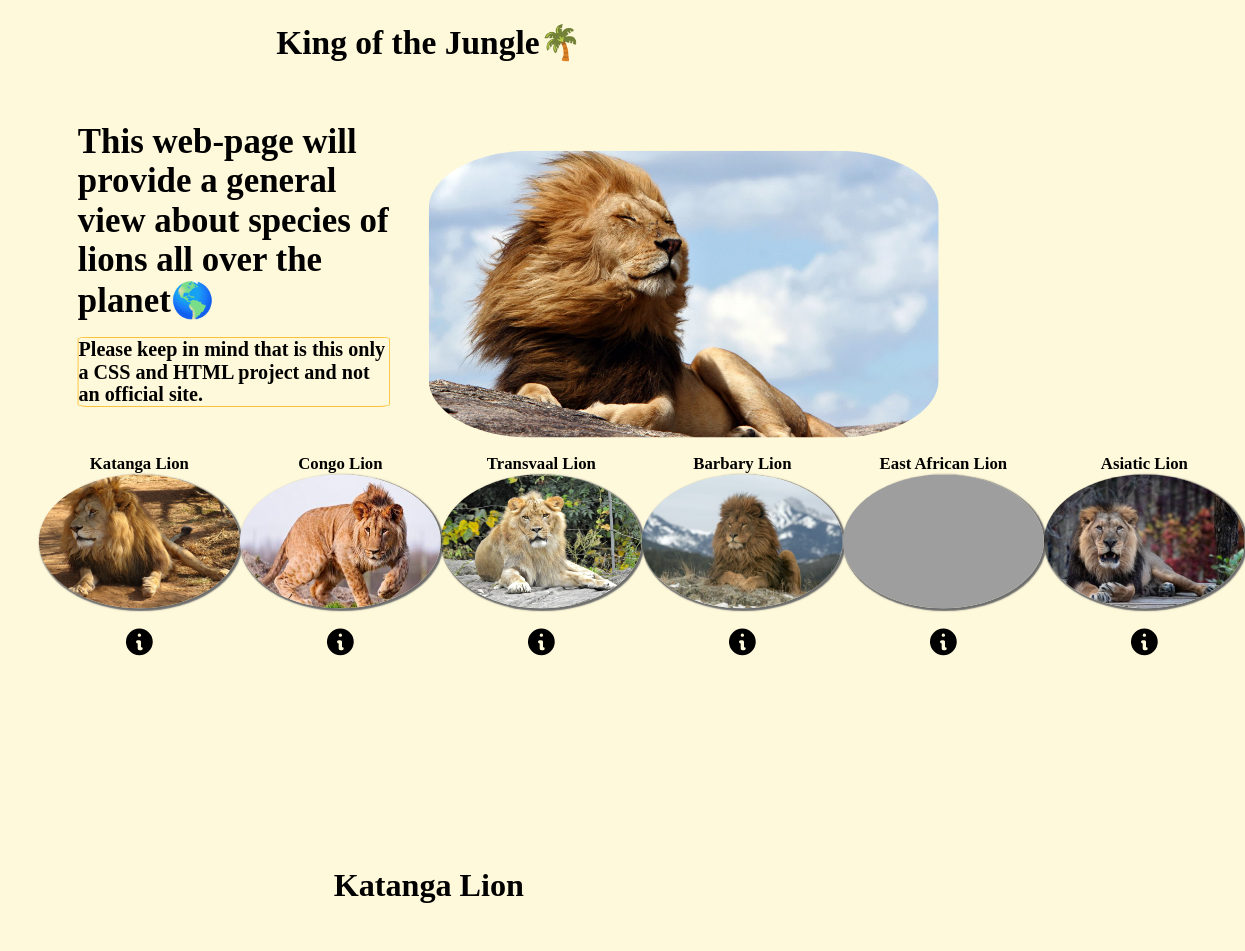
Repository: GeorgeManias/lions_project
Page: index.html
These files come from the project's save history. The page is drawn as it stood at one moment and after the next save; the edit follows.
The browser window is 1280 px wide. The page is 1858 px wide, so the pictures cover 1858 px, including what lies to the right of the window. The pictures show the whole page, at 67% of full size.
Pictures or frames that could not be fetched are drawn as grey boxes. Some web fonts or font styles are not loaded; a fallback is used.

Above is the page before, as saved 2021-11-05 19:46:32.

### index.html
<!DOCTYPE html>
<html lang="en">
  <head>
    <link rel="stylesheet" href="index.css" />
    <link
      href="https://fonts.googleapis.com/css2?family=Roboto:ital@1&display=swap"
      rel="stylesheet"
    />
    <link rel="preconnect" href="https://fonts.googleapis.com" />
    <link rel="preconnect" href="https://fonts.gstatic.com" crossorigin />
    <link
      href="https://fonts.googleapis.com/css2?family=Fruktur&family=Roboto:ital,wght@1,100;1,300&display=swap"
      rel="stylesheet"
    />
    <title>King of the Jungle</title>
  </head>
  <div class="container">
    <!--This will be the container fro the main_page-->
    <!--Start of Hero Area ---------------------------------------------------------------------------------------------------------------------------------------->
    <body>
      <header class="header_top">
        <h1>King of the Jungle🌴</h1>
      </header>
      <!--Class above will support the grid between header and main photo-->
      <div class="hero_section">
        <div class="headers_and_mainphoto">
          <header>
            <!--This area will be for the upper body part-->
            <h1 class="main_header">
              This web-page will provide a general view about species of lions
              all over the planet🌎
            </h1>
            <h2 class="project_header">
              Please keep in mind that is this only a CSS and HTML project and
              not an official site.
            </h2>
          </header>
          <img
            src="pictures/main_lion.jpg"
            alt="main_lion_photo"
            class="main_photo"
          />
        </div>

        <!--Multiple Pictures Grid Start----------------------------------------------------------------------------------------------->
        <div class="grid_with_6_pictures">
          <!--Katanga_Lion_Start-->
          <h3 id="katanga_title_cord" class="titles_6">Katanga Lion</h3>
          <img
            src="pictures/katanga_lion.jpg"
            alt="katanga_lion"
            id="katanga_img_cord"
            class="img_6"
          />
          <svg
            href="#"
            class="info_svg"
            xmlns="http://www.w3.org/2000/svg"
            width="100"
            height="100"
            viewBox="0 0 24 24"
          >
            <a href="https://www.google.co.uk/" target="_top" class="svg_link">
              <path
                stroke-linecap="round"
                stroke-linejoin="round"
                stroke-width="2"
                d="M13 16h-1v-4h-1m1-4h.01M21 12a9 9 0 11-18 0 9 9 0 0118 0z"
              />
            </a>
          </svg>
          <!--Katanga_Lion_End-->

          <!--Congo_Lion_Start-->
          <h3 id="congo_title_cord" class="titles_6">Congo Lion</h3>
          <img
            src="pictures/congo_lion.jpg"
            alt="congo_lion"
            id="congo_img_cord"
            class="img_6"
          />
          <svg
            class="info_svg"
            id="congo_info_cord"
            xmlns="http://www.w3.org/2000/svg"
            width="100"
            height="100"
            viewBox="0 0 24 24"
          >
            <a href="https://www.google.co.uk/" target="_top" class="svg_link">
              <path
                stroke-linecap="round"
                stroke-linejoin="round"
                stroke-width="2"
                d="M13 16h-1v-4h-1m1-4h.01M21 12a9 9 0 11-18 0 9 9 0 0118 0z"
              />
            </a>
          </svg>
          <!--Congo_Lion_End-->

          <!--Transvaal_Lion_Start-->
          <h3 id="Transvaal_title_cord" class="titles_6">Transvaal Lion</h3>
          <img
            src="pictures/Transvaal_lion.jpg"
            alt="Transvaal_lion"
            id="Transvaal_img_cord"
            class="img_6"
          />
          <svg
            class="info_svg"
            id="Transvaal_info_cord"
            xmlns="http://www.w3.org/2000/svg"
            width="100"
            height="100"
            viewBox="0 0 24 24"
          >
            <a href="https://www.google.co.uk/" target="_top" class="svg_link">
              <path
                stroke-linecap="round"
                stroke-linejoin="round"
                stroke-width="2"
                d="M13 16h-1v-4h-1m1-4h.01M21 12a9 9 0 11-18 0 9 9 0 0118 0z"
              />
            </a>
          </svg>
          <!--Transvaal_Lion_End-->

          <!--barbary_Lion_Start-->
          <h3 id="barbary_title_cord" class="titles_6">Barbary Lion</h3>
          <img
            src="pictures/barbary_lion.jpg"
            alt="barbary_lion"
            id="barbary_img_cord"
            class="img_6"
          />
          <svg
            class="info_svg"
            id="barbary_info_cord"
            xmlns="http://www.w3.org/2000/svg"
            width="100"
            height="100"
            viewBox="0 0 24 24"
          >
            <a href="https://www.google.co.uk/" target="_top" class="svg_link">
              <path
                stroke-linecap="round"
                stroke-linejoin="round"
                stroke-width="2"
                d="M13 16h-1v-4h-1m1-4h.01M21 12a9 9 0 11-18 0 9 9 0 0118 0z"
              />
            </a>
          </svg>
          <!--barbary_Lion_End-->

          <!--east_african_Lion_Start-->
          <h3 id="east_african_title_cord" class="titles_6">
            East African Lion
          </h3>
          <img
            src="pictures/east_african.jpg"
            alt="east_african_lion"
            id="east_african_img_cord"
            class="img_6"
          />
          <svg
            class="info_svg"
            id="east_african_info_cord"
            xmlns="http://www.w3.org/2000/svg"
            width="100"
            height="100"
            viewBox="0 0 24 24"
          >
            <a href="https://www.google.co.uk/" target="_top" class="svg_link">
              <path
                stroke-linecap="round"
                stroke-linejoin="round"
                stroke-width="2"
                d="M13 16h-1v-4h-1m1-4h.01M21 12a9 9 0 11-18 0 9 9 0 0118 0z"
              />
            </a>
          </svg>
          <!--east_african_Lion_End-->

          <!--asiatic_Lion_Start-->
          <h3 id="asiatic_title_cord" class="titles_6">Asiatic Lion</h3>
          <img
            src="pictures/asiatic_lion.jpg"
            alt="asiatic_lion"
            id="asiatic_img_cord"
            class="img_6"
          />
          <svg
            class="info_svg"
            id="asiatic_info_cord"
            xmlns="http://www.w3.org/2000/svg"
            width="100"
            height="100"
            viewBox="0 0 24 24"
          >
            <a href="https://www.google.co.uk/" target="_top" class="svg_link">
              <path
                stroke-linecap="round"
                stroke-linejoin="round"
                stroke-width="2"
                d="M13 16h-1v-4h-1m1-4h.01M21 12a9 9 0 11-18 0 9 9 0 0118 0z"
              />
            </a>
          </svg>
          <!--Multiple Pictures Grid End----------------------------------------------------------------------------------------------->
        </div>
      </div>
      <!--End of Hero Area ---------------------------------------------------------------------------------------------------------------------------------------->

      <!------------Analitikh 1/6 Arxh Katanga------------------------------------------------------------------------------------------------------------------------->
      <div class= "katanga_analysis_grid">
          <h1 class="katanga_analysis_h1">Katanga Lion</h1>


      </div>
      <!------------Analitikh 1/6 Telos Katanga------------------------------------------------------------------------------------------------------------------------>
    </body>
    </body>
  </div>
</html>






<!--1
  Katanga lion
  Congo Lion
  Transvaal lion
  East African lion
  Asiatic lion
  West African lion

-->

### index.css
/*

--- 01 TYPOGRAPHY SYSTEM

- Font sizes (px)
10 / 12 / 14 / 16 / 18 / 20 / 24 / 30 / 36 / 44 / 52 / 62 / 74 / 86 / 98

- Font weights
Default: 400
Medium: 500
Semi-bold: 600
Bold: 700

- Line heights
Default: 1
Small: 1.05
Medium: 1.2
Paragraph default: 1.6

- Letter spacing
-0.5px
0.75px

--- 02 COLORS

- Primary: ##fab005
- Tints:
#fff9db
#644602

- Shades:


#f0ede6


- Accents:
- Greys

#888
#767676 (lightest grey allowed on #fff)
#6f6f6f (lightest grey allowed on #fdf2e9)
#555
#333

--- 05 SHADOWS

0 2.4rem 4.8rem rgba(0, 0, 0, 0.075);

--- 06 BORDER-RADIUS

Default: 9px
Medium: 11px

--- 07 WHITESPACE

- Spacing system (px)
2 / 4 / 8 / 12 / 16 / 24 / 32 / 48 / 64 / 80 / 96 / 128
*/

html {
  /*εδώ βάζω το 10 με σκοπο το αλλο να έχει ευκολο πολαπλασσιο του rem*/
  font-size: 10px;
  margin-left: 0%;
  margin-right: 0%;
}

body {
  background-color: #fff9db;
  margin-bottom: 3%;
}

.header_top {
  font-family: "Fruktur", cursive;
  text-align: center;
  font-size: 2.5rem;
  margin-bottom: 0;
}

.hero_section {
  padding-left: 5rem;
  padding-right: 5rem;
}

header {
  margin-left: 10%;
  margin-right: 10%;
}

.main_header {
  font-size: 5.2rem;
  margin-bottom: 0;
}

.project_header {
  font-size: 3rem;
  border: 0.1rem solid #fab005;
  border-radius: 3%;
}

.headers_and_mainphoto {
  /*Αυτο το πεδίο αναφέρεται στο grid*/
  display: grid;
  grid-template-columns: 50% 50%;
  align-items: center;
}

.grid_with_6_pictures {
  display: grid;
  grid-template-columns: 1fr 1fr 1fr 1fr 1fr 1fr;
  grid-template-rows: auto auto auto;
  justify-items: center;
  align-items: flex-end;
}

.main_photo {
  width: 761px;
  margin-top: 100px;
  border-radius: 20%;
}

.img_6 {
  width: 300px;
  height: 200px;
  border-radius: 50%;
  box-shadow: 2px 2px 2px 2px rgb(109, 109, 109);
}

.titles_6 {
  font-size: 2.5rem;
  margin-bottom: 0.8%;
}

.info_svg {
  width: 20%;
  stroke: #fff9db;
  border-radius: 0;
  padding-top: 0%;
}

.svg_link:link {
  width: 20%;
  stroke: #fff9db;
  border-radius: 0;
  padding-top: 0%;
}

.svg_link:visited {
  width: 20%;
  stroke: #fff9db;
  border-radius: 0;
  padding-top: 0%;
}

.svg_link:hover {
  width: 20%;
  stroke: #fab005;
  border-radius: 0;
  padding-top: 0%;
  transition: all 1s;
}
/*//////////////////////////////////////////////////////////////////////////////////////////////////////////////////////////////////////////////////////////////////*/
/*Katanga Lion Cord Start*/
#katanga_title_cord {
  grid-column: 1/2;
  grid-row: 1/2;
}
#katanga_img_cord {
  grid-column: 1/2;
  grid-row: 2/3;
}

#katanga_info_cord {
  grid-column: 1/2;
  grid-row: 3/4;
}
/*Katanga Lion Cord End*/

/*Congo Lion Cord Start*/
#congo_title_cord {
  grid-column: 2/3;
  grid-row: 1/2;
}
#congo_img_cord {
  grid-column: 2/3;
  grid-row: 2/3;
}

#congo_info_cord {
  grid-column: 2/3;
  grid-row: 3/4;
}
/*Congo Lion Cord End*/

/*Transvaal Lion Cord Start*/
#Transvaal_title_cord {
  grid-column: 3/4;
  grid-row: 1/2;
}
#Transvaal_img_cord {
  grid-column: 3/4;
  grid-row: 2/3;
}

#Transvaal_info_cord {
  grid-column: 3/4;
  grid-row: 3/4;
}
/*Transvaal Lion Cord End*/

/*Congo Lion Cord End*/

/*barbary Lion Cord Start*/
#barbary_title_cord {
  grid-column: 4/5;
  grid-row: 1/2;
}
#barbary_img_cord {
  grid-column: 4/5;
  grid-row: 2/3;
}

#barbary_info_cord {
  grid-column: 4/5;
  grid-row: 3/4;
}
/*barbary Lion Cord End*/

/*east_african Lion Cord Start*/
#east_african_title_cord {
  grid-column: 5/6;
  grid-row: 1/2;
}
#east_african_img_cord {
  grid-column: 5/6;
  grid-row: 2/3;
}

#east_african_info_cord {
  grid-column: 5/6;
  grid-row: 3/4;
}
/*east_african Lion Cord End*/

/*asiatic Lion Cord Start*/
#asiatic_title_cord {
  grid-column: 6/7;
  grid-row: 1/2;
}
#asiatic_img_cord {
  grid-column: 6/7;
  grid-row: 2/3;
}

#asiatic_info_cord {
  grid-column: 6/7;
  grid-row: 3/4;
}
/*asiatic Lion Cord End*/
/*//////////////////////////////////////////////////////////////////////////////////////////////////////////////////////////////////////////////////////////////////*/

/*////////////////////////////////////////////////////////////////////////////////////////////////////////////////////////////////////////////////////////////////////
Katanga Analysis 1/6 Arxh
////////////////////////////////////////////////////////////////////////////////////////////////////////////////////////////////////////////////////////////////////*/
.katanga_analysis_grid {
  display: grid;
  grid-template-columns: 1fr 1fr;
  grid-template-rows: auto auto auto;
  margin-top: 20%;
}

.katanga_analysis_h1 {
  font-size: 4.8rem;
  text-align: center;
}

/*Katanga Analysis stixisi Arxh///////////////////////////////////////////////*/
.katanga_analysis_h1 {
  grid-column: 1/-1;
}

/*Katanga Analysis stixisi Telos///////////////////////////////////////////////*/

After the next save:
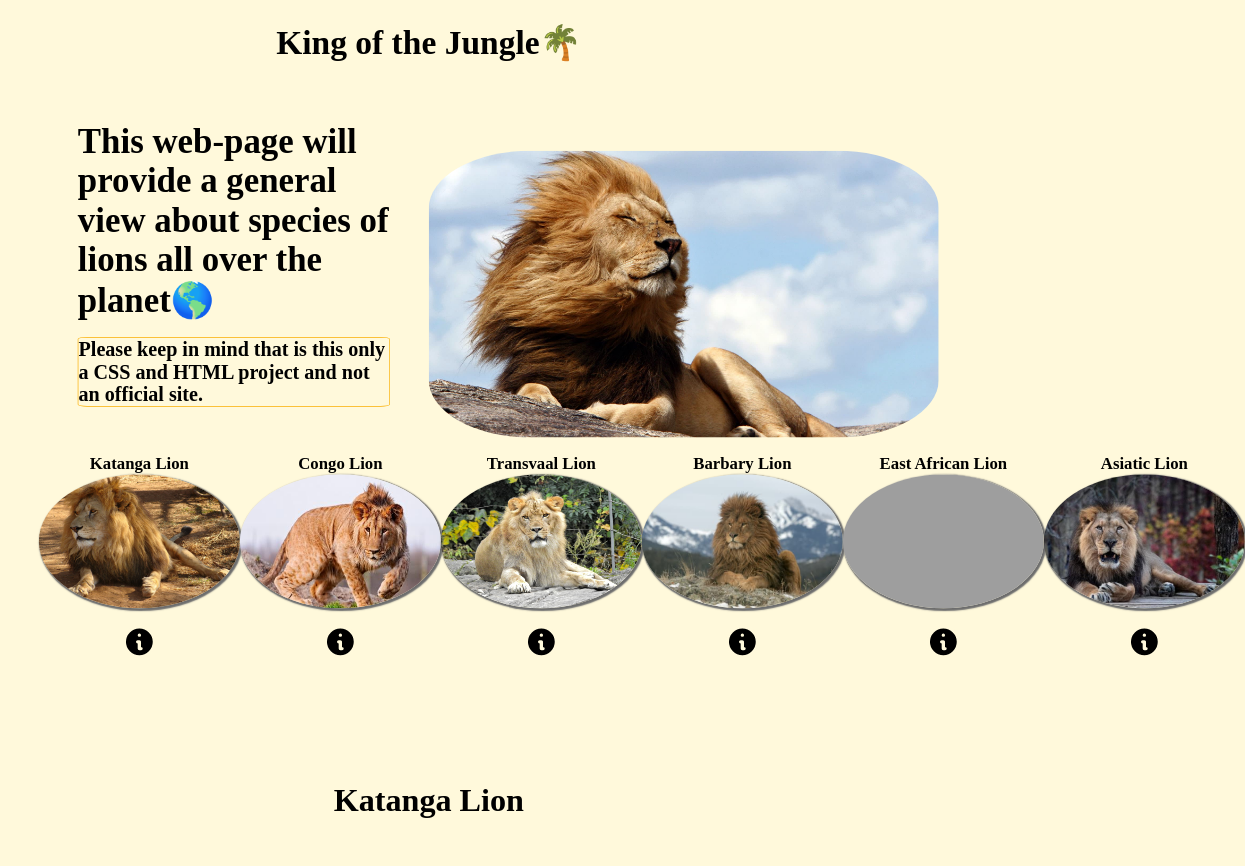
Saved 11 s later.
--- a/index.css
+++ b/index.css
@@ -266,7 +266,7 @@ Katanga Analysis 1/6 Arxh
   display: grid;
   grid-template-columns: 1fr 1fr;
   grid-template-rows: auto auto auto;
-  margin-top: 20%;
+  margin-top: 10%;
 }
 
 .katanga_analysis_h1 {
